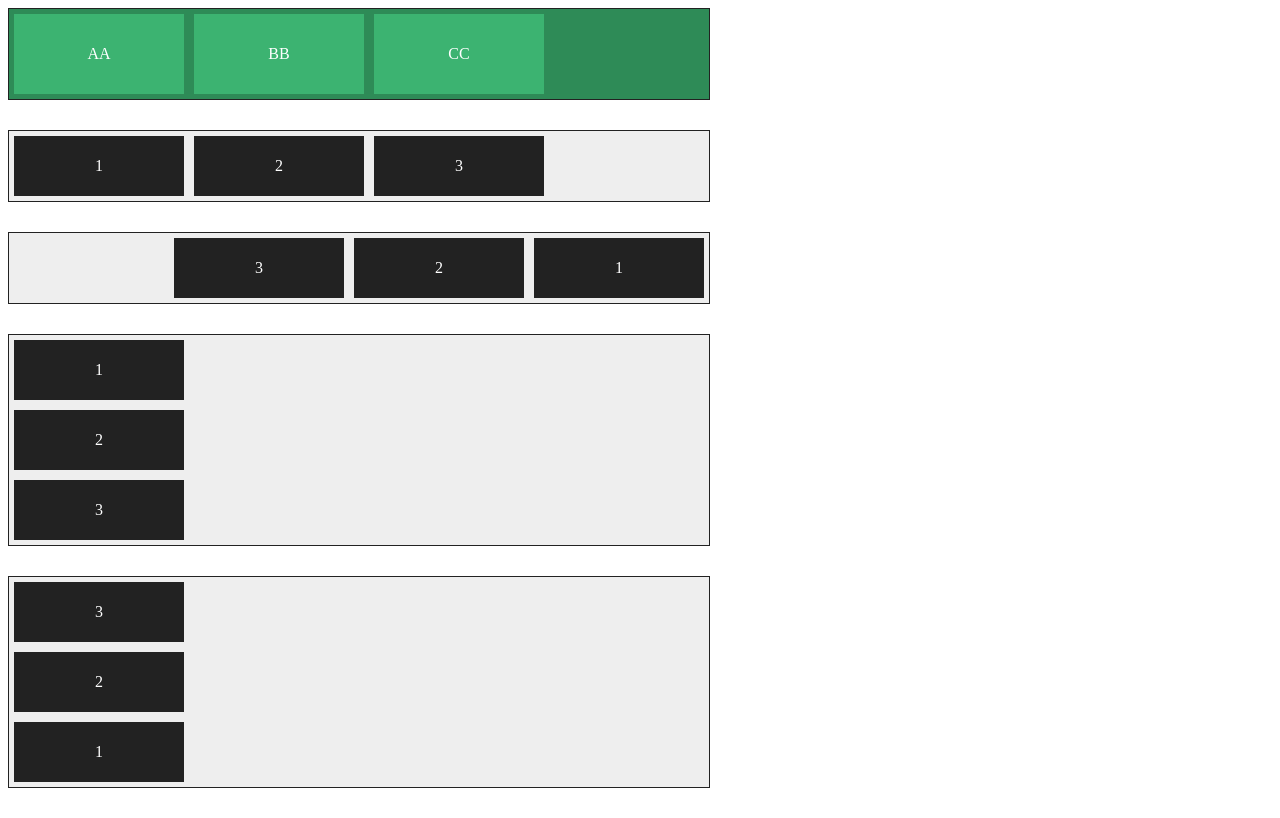
Repository: 753kg/753kg.github.io
Page: KOSTA/webProject/WebContent/doit/12/flex-1.html
The author's editor kept a copy of each file at every save. The page is drawn from the files as they stood at one save, then again after the next save.
The browser window is 1280 px wide. The pictures show the whole page.

Above is the page before, as saved 2021-04-02 07:10:09.

### KOSTA/webProject/WebContent/doit/12/flex-1.html
<!DOCTYPE html>
<html lang="ko">
<head>
  <meta charset="UTF-8">
  <title>플렉스 박스 레이아웃</title>
  <meta name="viewport" content="width=device-width, initial-scale=1">
  <style>
    .container {
      width:700px;
      display:flex; /* 플렉스 컨테이너 지정 */
      background-color:#eee;
      border:1px solid #222;
      margin-bottom:30px;
    }
    .box {
      padding:5px 45px;
      margin:5px;
	  width:80px;
      background-color:#222;
    }
    #opt1{
      flex-direction: row;          /* 왼쪽에서 오른쪽으로 */
    }
    #opt2{
      flex-direction: row-reverse;   /* 오른쪽에서 왼쪽으로 */
    }
    #opt3{
      flex-direction: column;         /* 위에서 아래로 */
    }
    #opt4{
      flex-direction: column-reverse;  /* 아래에서 위로 */
    }
    p {
      color:#fff;
      text-align: center;
    }

    .container2 {
      width:700px;
      display:flex; /* 플렉스 컨테이너 지정 */
      background-color:seagreen;
      border:1px solid #222;
      margin-bottom:30px;
    }
    .item {
      padding:15px 45px;
      margin:5px;
	  width:80px;
      background-color:mediumseagreen;
    }
  </style>
</head>
<body>
  <div class="container2">
    <div class="item"><p>AA</p></div>
    <div class="item"><p>BB</p></div>
    <div class="item"><p>CC</p></div>
  </div>

  <div class="container" id="opt1">
    <div class="box"><p>1</p></div>
    <div class="box"><p>2</p></div>
    <div class="box"><p>3</p></div>
  </div>
  <div class="container" id="opt2">
    <div class="box"><p>1</p></div>
    <div class="box"><p>2</p></div>
    <div class="box"><p>3</p></div>
  </div>
  <div class="container" id="opt3">
    <div class="box"><p>1</p></div>
    <div class="box"><p>2</p></div>
    <div class="box"><p>3</p></div>
   </div>
  <div class="container" id="opt4">
    <div class="box"><p>1</p></div>
    <div class="box"><p>2</p></div>
    <div class="box"><p>3</p></div>
  </div>
</body>
</html>

After the next save:
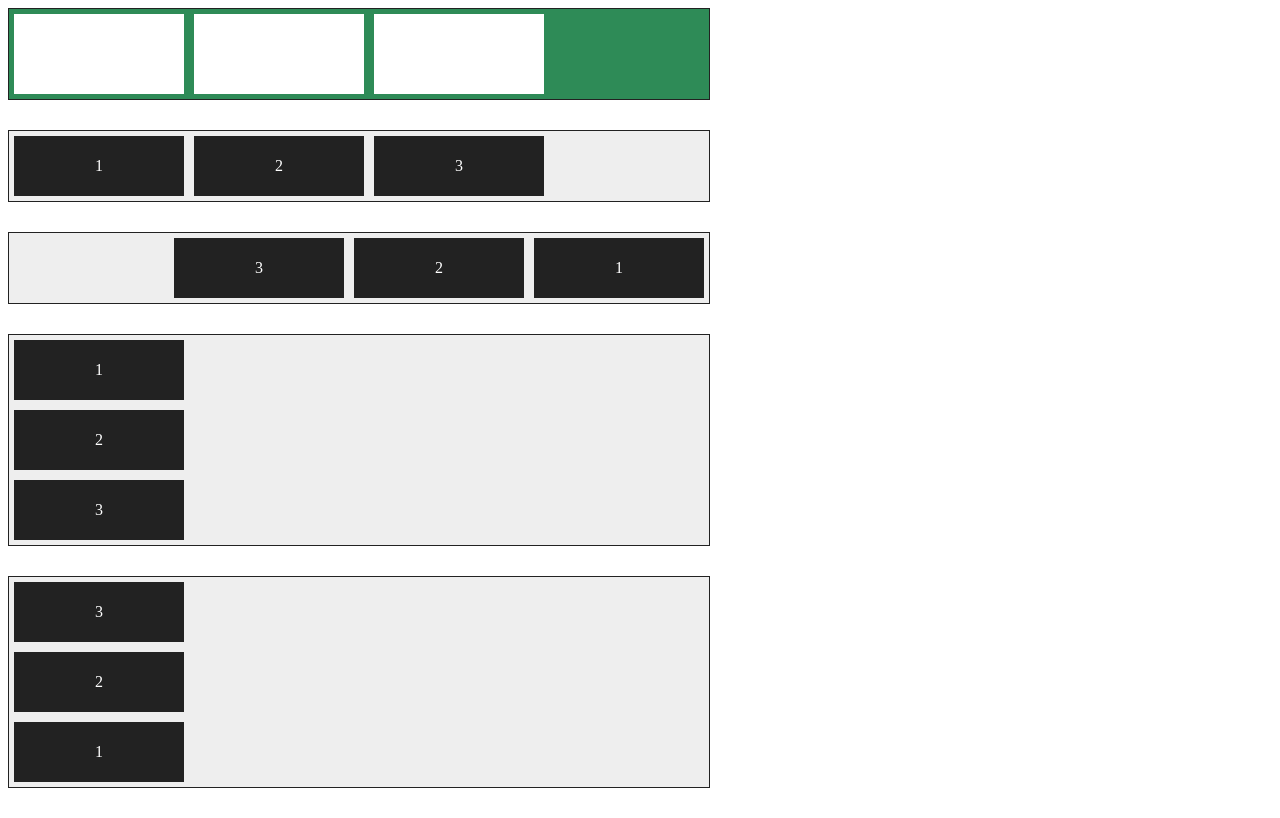
Saved 15 s later.
--- a/KOSTA/webProject/WebContent/doit/12/flex-1.html
+++ b/KOSTA/webProject/WebContent/doit/12/flex-1.html
@@ -46,7 +46,8 @@
       padding:15px 45px;
       margin:5px;
 	  width:80px;
-      background-color:mediumseagreen;
+      background-color:white;
+      color:black
     }
   </style>
 </head>
